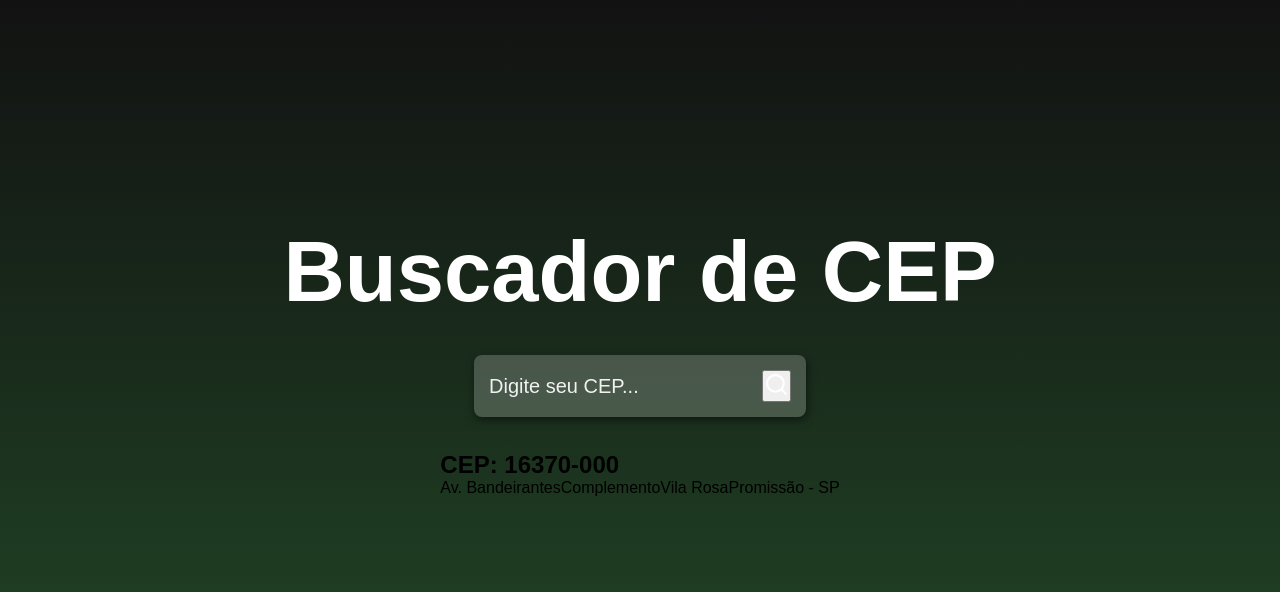
Repository: guipolo09/buscador-de-cep
Page: /
An editor plug-in stored every save of this project. The page is shown before and after the next save, followed by the edit.
The browser window is 1280 px wide. The pictures show the whole page.
The project was rebuilt for these pictures with package versions that can differ from the ones it lists, and the page was loaded fresh each time.

Above is the page before, as saved 2022-06-26 12:05:20.

### src/App.js
import { FiSearch } from "react-icons/fi";
import "./styles.css";

function App() {
  return (
    <div className="container">
      <h1 className="title">Buscador de CEP</h1>
      <div className="containerInput">
        <input type="text" placeholder="Digite seu CEP..." />
        <button className="buttonSearch">
          <FiSearch size={25} color="#fff" />
        </button>
      </div>
      <main className="main">
        <h2>CEP: 16370-000</h2>
        <span>Av. Bandeirantes</span>
        <span>Complemento</span>
        <span>Vila Rosa</span>
        <span>Promissão - SP</span>
      </main>
    </div>
  );
}

export default App;

### src/styles.css
.container {
  height: 100vh;
  display: flex;
  justify-content: center;
  align-items: center;
  flex-direction: column;
  background: linear-gradient(#121212, #214626);
}

.title {
  font-size: 85px;
  color: #fff;
  animation: flipTitle 2s;
}

@keyframes flipTitle {
  from {
    transform: rotateX(90deg);
  }
  to {
    transform: rotateX(0deg);
  }
}

.containerInput {
  background-color: rgba(255, 255, 255, 0.2);
  padding: 15px;
  margin: 34px 0;
  display: flex;
  border-radius: 8px;
  box-shadow: 1px 3px 8px rgba(0, 0, 0, 0.5);
}

.containerInput input {
  background-color: transparent;
  border: 0;
  font-size: 20px;
  color: #fff;
  outline: none;
  margin-right: 8px;
}

.containerInput input::placeholder {
  color: #f1f1f1;
}

Loaded but not shown: public/index.html (common file); src/index.js (common file); src/index.css (common file)

After the next save:
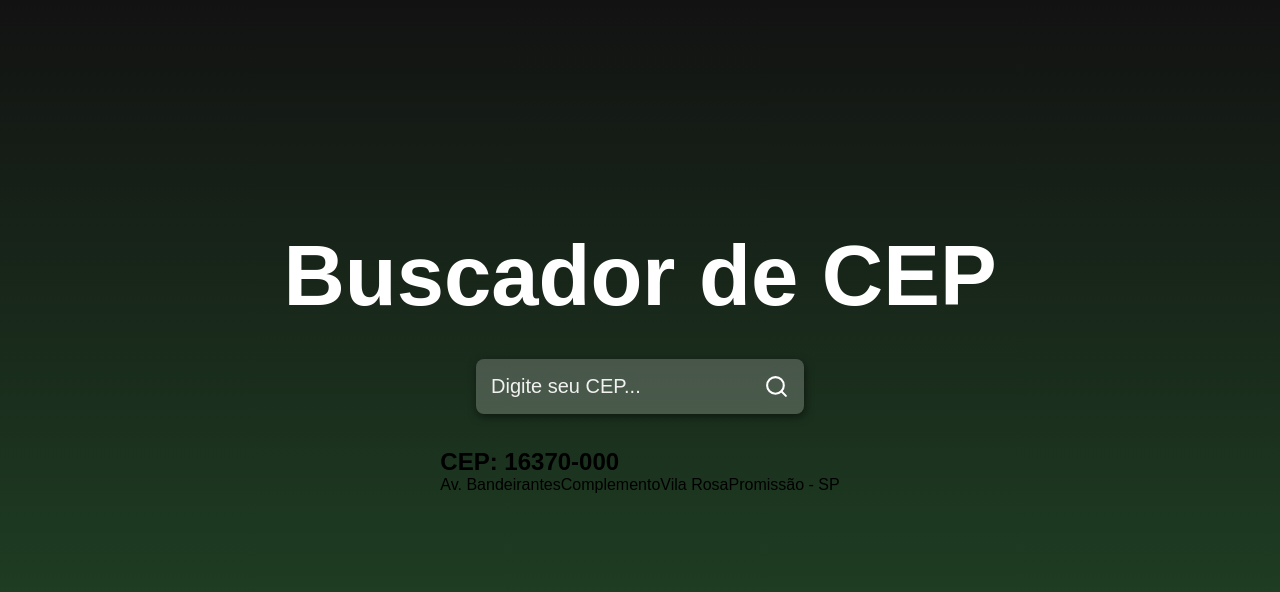
Saved 87 s later.
--- a/src/styles.css
+++ b/src/styles.css
@@ -43,3 +43,17 @@
 .containerInput input::placeholder {
   color: #f1f1f1;
 }
+
+.buttonSearch {
+  background-color: transparent;
+  border: 0;
+  display: flex;
+  justify-content: center;
+  align-items: center;
+  cursor: pointer;
+  transition: transform 0.5s;
+}
+
+.buttonSearch:hover {
+  transform: scale(1.2);
+}
